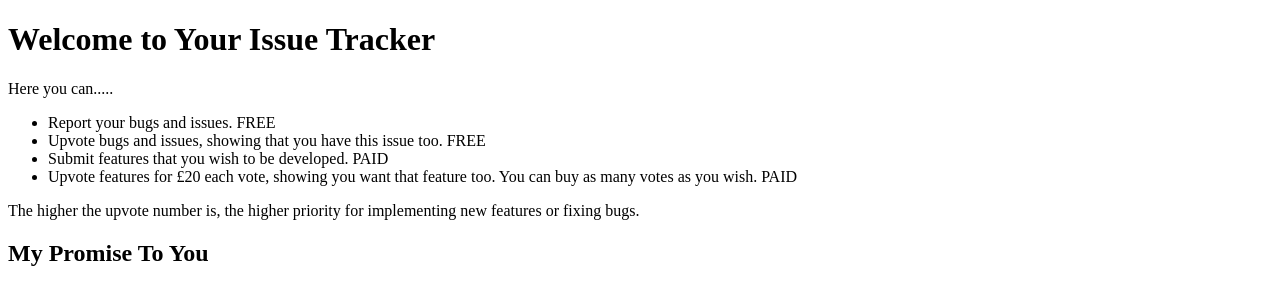
Repository: sarahg177/unicorn_attractor_not_used
Page: home/templates/index.html
The author's editor kept a record of every edit. The page is drawn from the files as they stood at one moment, then again after the next edit.
The browser window is 1280 px wide. The pictures show the whole page.
The template is drawn by Django 2.2. The application's start-up code is not run. The template is opened directly, without the code that normally fills it, so the values that code supplies are empty.

Above is the page before.

After the next edit:
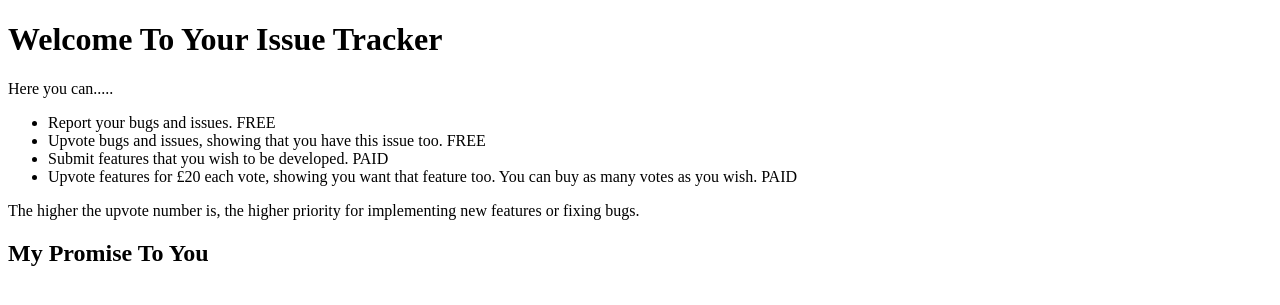
The edit:
--- a/home/templates/index.html
+++ b/home/templates/index.html
@@ -7,7 +7,7 @@
     <title>Document</title>
 </head>
 <body>
-    <h1>Welcome to Your Issue Tracker</h1>
+    <h1>Welcome To Your Issue Tracker</h1>
 
 <p> Here you can.....</p>
 <ul>
